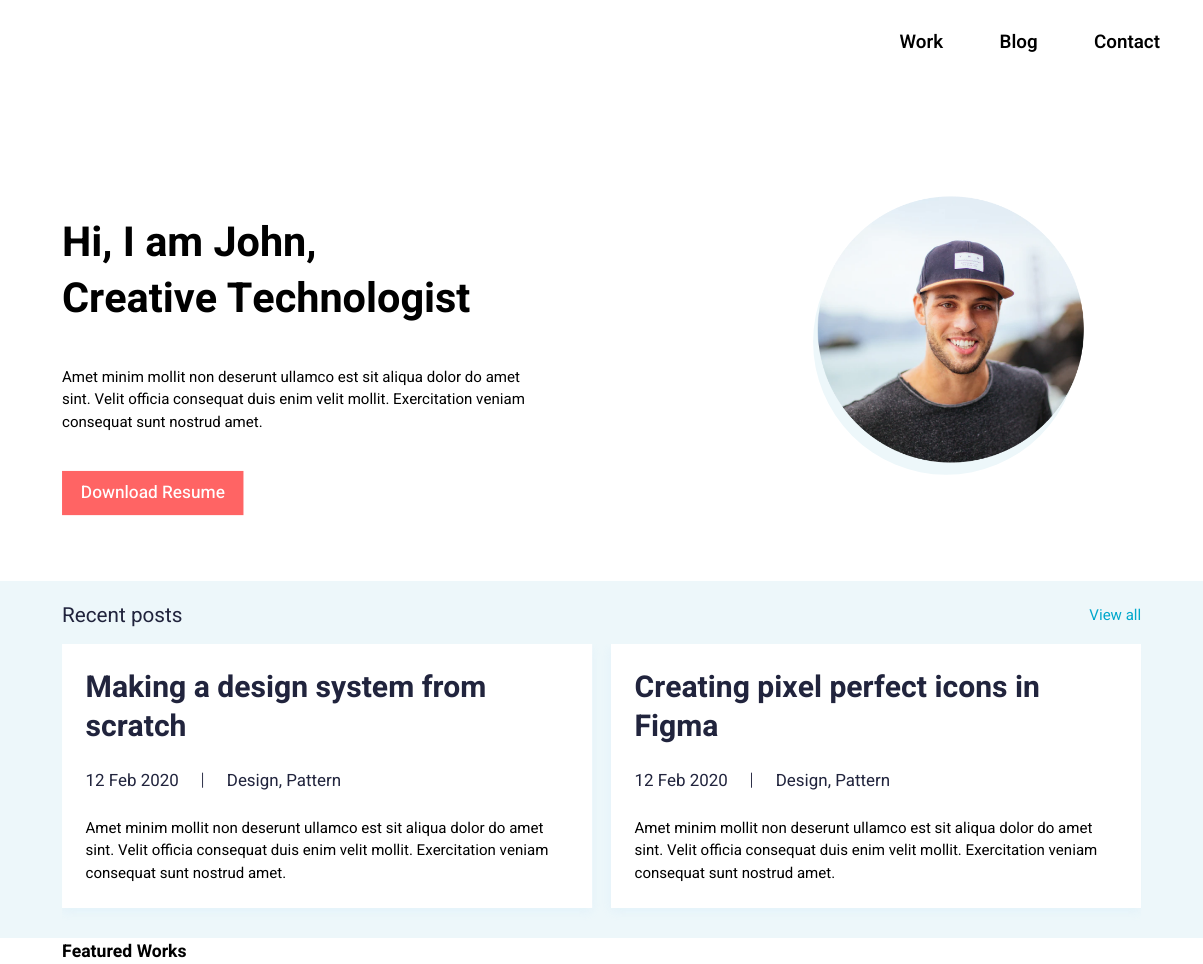
Repository: sharma171/portfolio
Page: /
An editor plug-in stored every save of this project. The page is shown before and after the next save, followed by the edit.
The browser window is 1280 px wide. The pictures show the whole page, at 94% of full size.
The project was rebuilt for these pictures with package versions that can differ from the ones it lists, and the page was loaded fresh each time. The framework's server and built-in components were replaced by stand-ins that run in the browser. Also part of the build but not shown: next.config.mjs.

Above is the page before, as saved 2024-06-01 17:05:14.

After the next save:
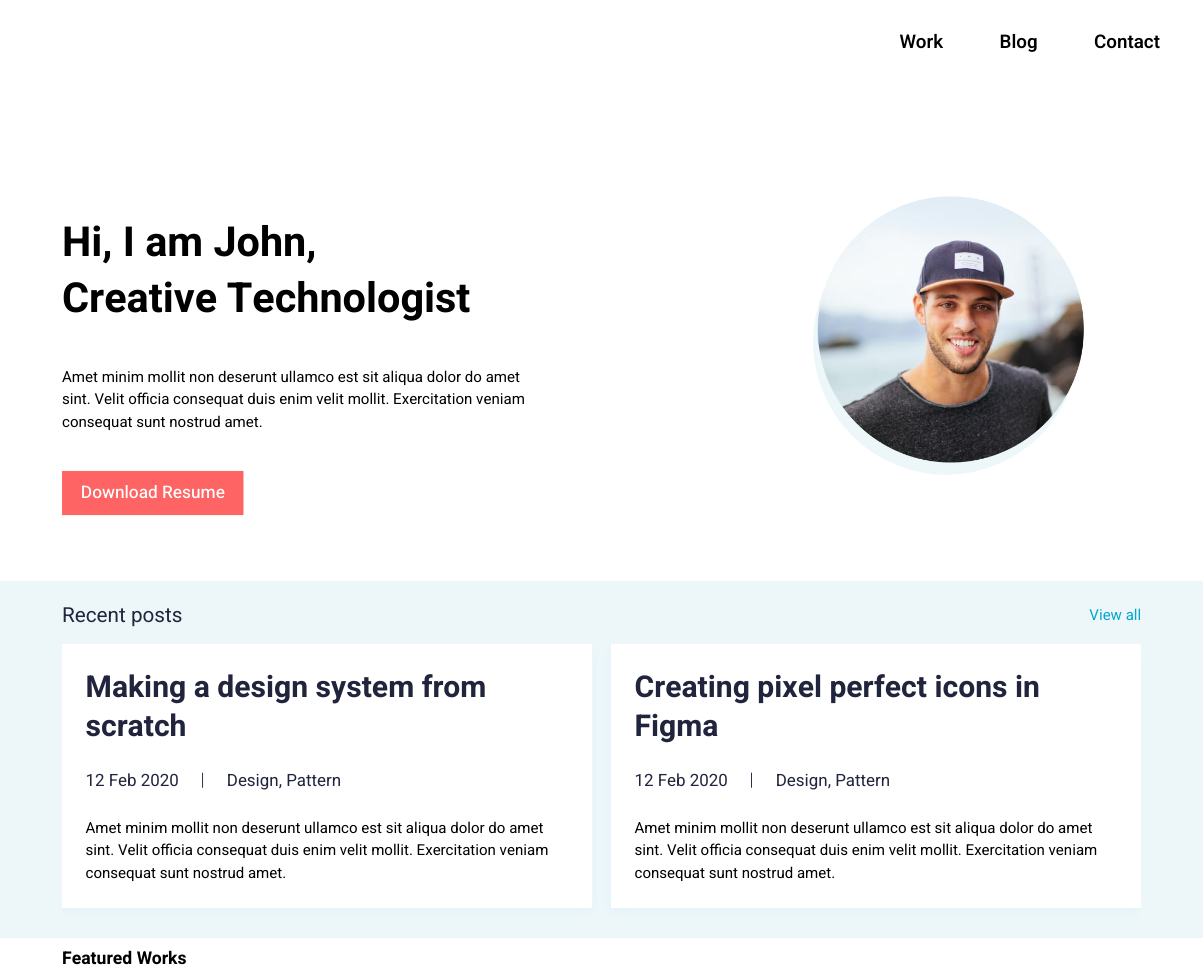
Saved 3 min 30 s later.
--- a/src/app/page.css
+++ b/src/app/page.css
@@ -161,3 +161,10 @@
 .featured-home {
   background: #fff;
 }
+.featured-home .top-heading {
+  display: flex;
+  flex-direction: row;
+  justify-content: space-between;
+  align-items: center;
+  margin-top: 7px;
+}

After the save that followed:
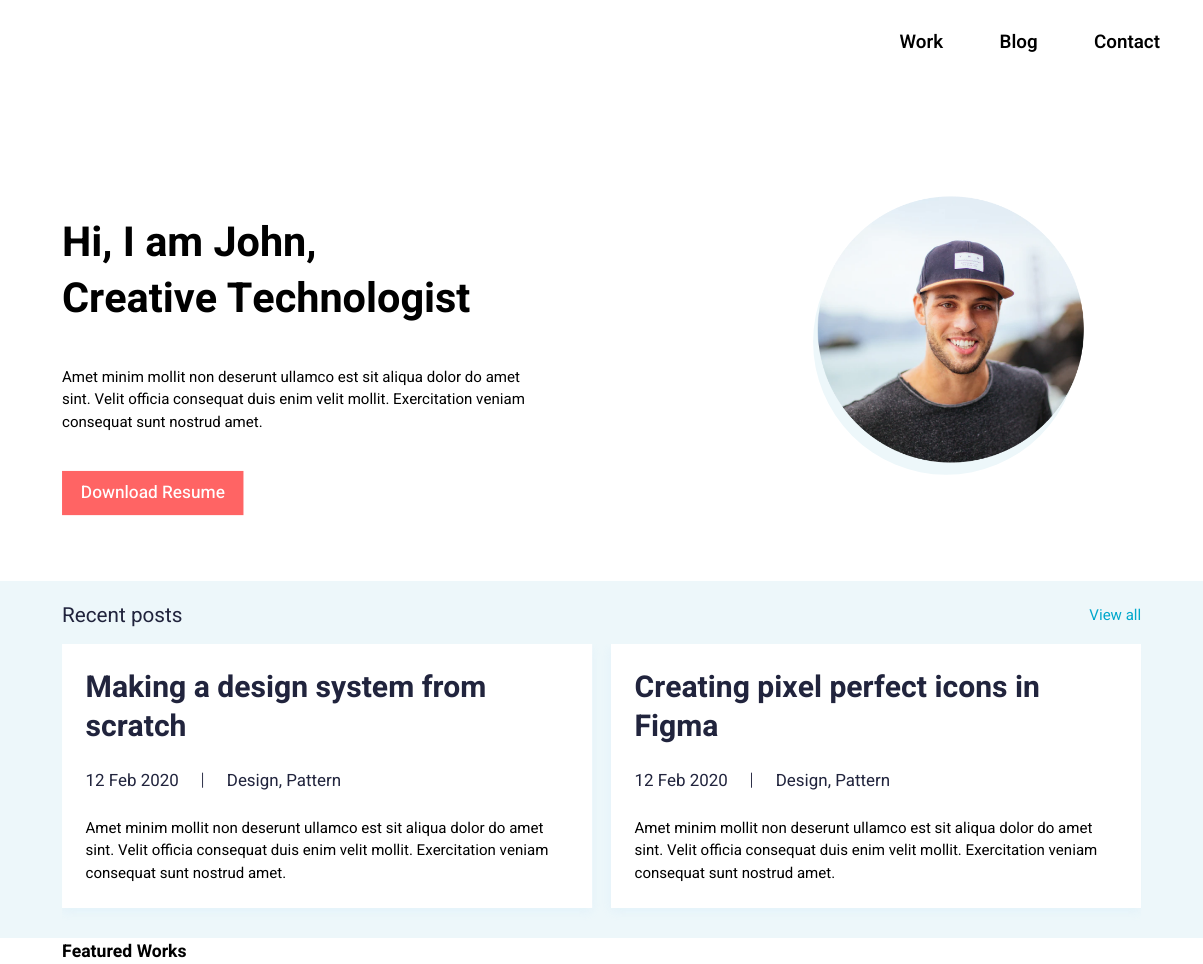
Saved 4 s later.
--- a/src/app/page.css
+++ b/src/app/page.css
@@ -166,5 +166,4 @@
   flex-direction: row;
   justify-content: space-between;
   align-items: center;
-  margin-top: 7px;
 }
